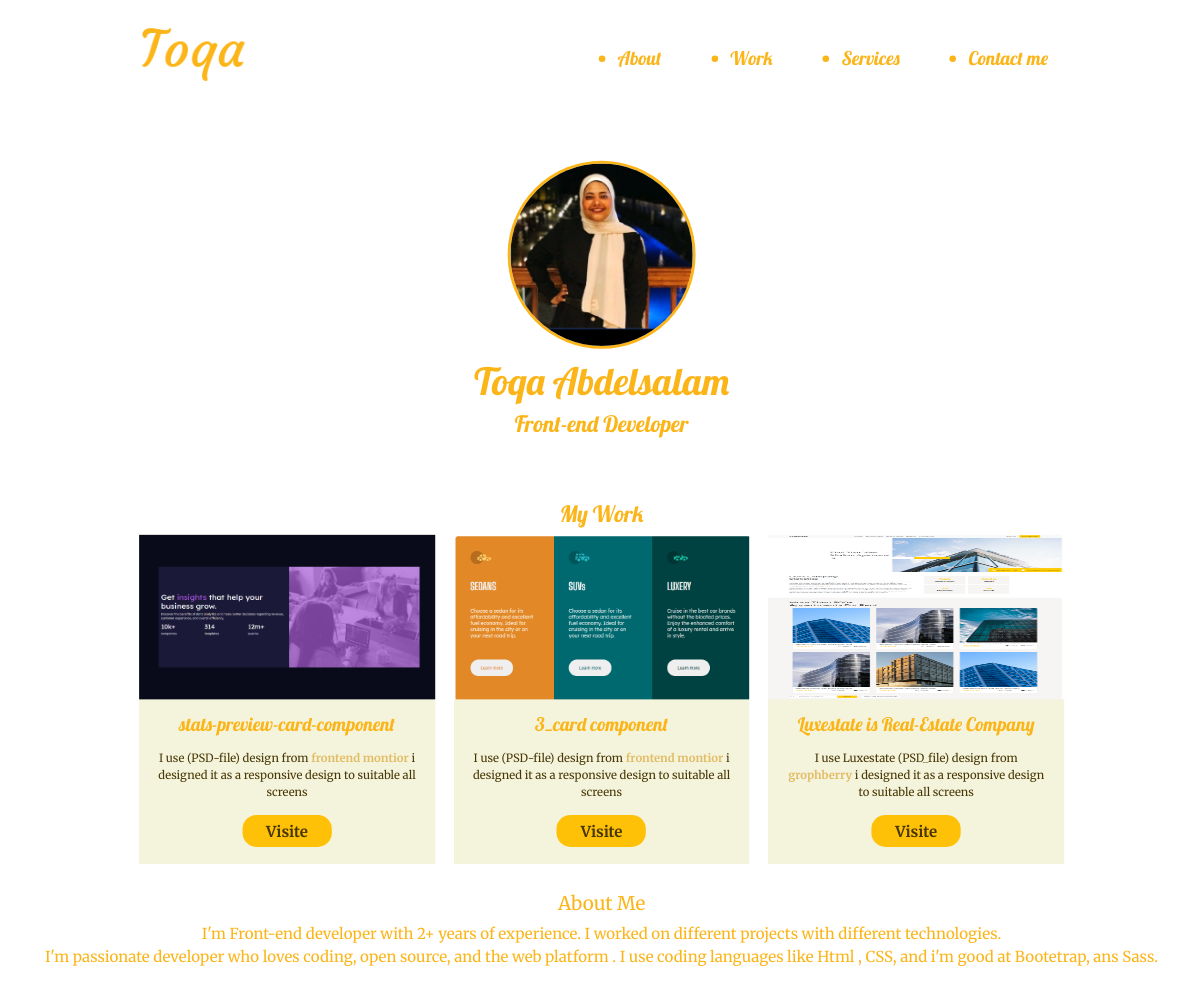
Repository: Toqa-25/portfolio
Page: index.html
These files come from the project's save history. The page is drawn as it stood at one moment and after the next save; the edit follows.
The browser window is 1280 px wide. The pictures show the whole page, at 94% of full size.
Pictures or frames that could not be fetched are drawn as grey boxes. Some web fonts or font styles are not loaded; a fallback is used.

Above is the page before, as saved 2021-11-01 00:33:48.

### index.html
<!DOCTYPE html>
<html lang="en">
<head>
    <meta charset="UTF-8">
    <meta http-equiv="X-UA-Compatible" content="IE=edge">
    <meta name="viewport" content="width=device-width, initial-scale=1.0">
    <title>Toqa Portfolio</title>
      <!-- bootstrap file -->
      <link rel="stylesheet" href="css/all.min.css">
      <link rel="stylesheet" href="css/bootstrap.css">
      <!-- css file -->
      <link rel="stylesheet" href="css/style.css">
      <!-- fonts -->
      <link rel="preconnect" href="https://fonts.googleapis.com">
<link rel="preconnect" href="https://fonts.gstatic.com" crossorigin>
<link href="https://fonts.googleapis.com/css2?family=Lobster&family=Otomanopee+One&display=swap" rel="stylesheet">
<link rel="preconnect" href="https://fonts.googleapis.com">
<link rel="preconnect" href="https://fonts.gstatic.com" crossorigin>
<link href="https://fonts.googleapis.com/css2?family=Merriweather:ital,wght@0,300;0,400;0,700;0,900;1,300;1,400;1,700;1,900&display=swap" rel="stylesheet">
<link rel="preconnect" href="https://fonts.googleapis.com">
<link rel="preconnect" href="https://fonts.gstatic.com" crossorigin>
<link href="https://fonts.googleapis.com/css2?family=Bebas+Neue&family=Oswald:wght@200;300;400;500;600;700&display=swap" rel="stylesheet">
<link rel="preconnect" href="https://fonts.googleapis.com">
<link rel="preconnect" href="https://fonts.gstatic.com" crossorigin>
<link href="https://fonts.googleapis.com/css2?family=Montserrat:wght@100;200;300;400;500;600;700;800;900&family=PT+Sans:ital,wght@0,400;0,700;1,700&family=Roboto:wght@100;300;400;500;700;900&display=swap" rel="stylesheet">
</head>
<body>
        <!-- header section -->
    <header class="pad">
       <div class="container">
         <div class="header-content">
           <div class="header-logo">
             <img src="images/logo.png" alt="logo">
           </div>
           <div class="bar">
             <svg xmlns="http://www.w3.org/2000/svg" width="35" height="35" fill="#fbb519" class="bi bi-list" viewBox="0 0 16 16">
               <path fill-rule="evenodd" d="M2.5 12a.5.5 0 0 1 .5-.5h10a.5.5 0 0 1 0 1H3a.5.5 0 0 1-.5-.5zm0-4a.5.5 0 0 1 .5-.5h10a.5.5 0 0 1 0 1H3a.5.5 0 0 1-.5-.5zm0-4a.5.5 0 0 1 .5-.5h10a.5.5 0 0 1 0 1H3a.5.5 0 0 1-.5-.5z"/>
             </svg>
              <ul class="hidden-list unlist list">
              <li>About</li>
              <li>Work</li>
              <li>Services</li>
              <li>Contact me</li>
              <li>Reviews</li>
            </ul>
           </div>
           <div class="header-nav">
             <ul class="list unlist">
                 <li>About</li>
                 <li>Work</li>
                 <li>Services</li>
                 <li>Contact me</li>
                 <!-- <li>Reviews</li> -->
             </ul>

           </div>
         </div>
         </div>
        </header><!-- end header section -->
        <!-- information  section -->
    <section  class="inform pad">
      <div class="main-inform " role="main">
        <div class="inform-info">
        <img src="images/toqa.jpg" alt=""><br>
        <h1>Toqa Abdelsalam</h1>
        <h4>Front-end Developer</h4>
      </div>
      </div>
    </section> <!-- end information  section -->

      <!-- my-work  section -->
      <section class="pad work">
        <div class="container">
          <h4 class="work-head">My Work</h4>
          <div class="work-content">
      <div class="work-card" role="menu">
        <div class="card-img">
          <img src="images/my-work/preview-card/desktop_stats-preview-card-component-main_.png" alt="">
        </div>
        <div class="card-info">
          <h5 class="card-title">stats-preview-card-component </h5>
          <p class="card-info-text"> I use  (PSD-file) design from <span> <a href="https://www.frontendmentor.io/">frontend montior</a></span>
        i designed it as a responsive design to suitable all screens
         </p>
      <button class="card-button"><a href="https://toqa-25.github.io/stats-preview-card-component-main/">Visite</a></button>
        </div>
 </div>
      <div class="work-card" role="menu">
        <div class="card-img">
          <img src="images/my-work/3-card-component/desktop_3-cards-component_.png" alt="">
        </div>
        <div class="card-info">
          <h5 class="card-title">3_card component </h5>
          <p class="card-info-text"> I use  (PSD-file) design from <span> <a href="https://www.frontendmentor.io/">frontend montior</a></span>
        i designed it as a responsive design to suitable all screens
         </p>
      <button class="card-button"><a href="https://toqa-25.github.io/stats-preview-card-component-main/">Visite</a></button>
        </div>
 </div>
      <div class="work-card" role="menu">
        <div class="card-img">
          <img src="images/my-work/luxestate/destop-luxestate - Copy.png" alt="">
        </div>
        <div class="card-info">
          <h5 class="card-title">Luxestate is Real-Estate Company  </h5>
          <p class="card-info-text">I use Luxestate (PSD_file) design from <span> <a href="https://www.graphberry.com/">grophberry</a></span>
    i designed it as a responsive design to suitable all screens
         </p>
      <button class="card-button"><a href="https://toqa-25.github.io/stats-preview-card-component-main/">Visite</a></button>
        </div>
 </div>
      <!--
      <div class="project card" role="menu">
          <img src="images/destop-luxestate - Copy (1).png" alt="">
          <p>Luxestate is Real-Estate Company
        I use Luxestate (PSD_file) design from <span> <a href="https://www.graphberry.com/">grophberry</a></span>
    i designed it as a responsive design to suitable all screens <br>
    <button><a href="https://toqa-25.github.io/luxstate-project-/">Visite</a></button>
   </p>
   </div>
      <div class="project card" role="menu">
          <img src="images/web_design.png" alt="">
          <p>Doop is an advertising-agency .
        I use Doop (PSD_file) design from <span> <a href="https://www.graphberry.com/">grophberry</a></span>
    i designed it as a responsive design to suitable all screens <br>
    <button><a href="https://toqa-25.github.io/simply-agency/">Visit </a></button>
   </p>
   </div>
      <div class="project card" role="menu">
        <img src="images/Vibo_App(desktop)_toqa-25.github.io2.png" alt="">
          <p>Vibo is an App-Development company
        I use Vibo PSD design from <span> <a href="https://www.graphberry.com/">grophberry</a></span>
    i designed it as a responsive design to suitable all screens <br>
    <button><a href="https://toqa-25.github.io/vibo-app/">Visite</a></button>
   </p>
   </div>
   <div class="project card" role="menu">
    <img src="images/toqa-25.github.io_landing-meeting-page_desktop.png" alt="">
    <p>Metting landing page
  I use  design from <span> <a href="https://www.frontendmentor.io/">grophberry</a></span>
i designed it as a responsive design to suitable all screens <br>
<button><a href="https://toqa-25.github.io/landing-meeting-page/">Visite</a></button>
</p>
</div> -->
   </div>
   </div>
      </section>

      <section class="section about">

          <h5>About Me</h5>
      <p> I'm Front-end developer with 2+ years of experience. I worked on different projects with different technologies. <br>
       I'm passionate developer who loves coding, open source, and the web platform .
       I use coding languages like Html , CSS, and i'm good at Bootetrap, ans Sass. </p>
      </section>

</body>
</html>

### css/style.css
/*
    public style
***********************
*/
:root{
    --main-color:#fbb519;
    --section-padding:30px;
}
* {
    box-sizing: border-box;
    margin: 0;
    padding: 0;
}
body{
    font-family: 'Merriweather', serif;
    color:var(--main-color);
}
.pad{
    padding: var(--section-padding) 0;
}
.container
{
  width: 80%;
  margin:auto;
  padding: 0 20px;
}
 /* .pad h5{
    text-align: center;
    font-family: 'Lobster';
    /* margin-bottom: 15px; */
 } */
 .unlist{
     list-style: none;
 }
 a{
     text-decoration: none;
 }
/*
    header style
***********************
*/
 header{
    font-family: 'Lobster', cursive;
 }
 .header-content{
    display: flex;
}
.header-logo{
    width:50%;
}
.bar{
    position: relative;
    display: none;
    margin: auto 20px;
     transition: .2s;
     cursor: pointer;
     width: 50%;
    /* text-align: right; */
    justify-content: flex-end;
}
 .header-nav{
   min-width: 50%;
    display: flex;
    justify-content: flex-end;
 }
 .header-nav .list{
     width: 100%;
     display: flex;
     justify-content: space-between;
     align-items: center;
     padding: 17px;
 }
  .list li{
     font-size: 20px;
     transition: .2s;
     -webkit-transition: .2s;
     -moz-transition: .2s;
     -ms-transition: .2s;
     -o-transition: .2s;
     cursor: pointer;
     margin-bottom: 2px;
    }
     .list li:hover{
        border-bottom: 2px solid var(--main-color);
    }
    .hidden-list{
         text-align: center;
         position: absolute;
         width: 120px;
         top: 3px;
         right: -70px;
         background-color: #f5f5dc91;
         padding: 10px;
         border-radius: 25px;
         -webkit-border-radius: 25px;
         -moz-border-radius: 25px;
         -ms-border-radius: 25px;
         -o-border-radius: 25px;
         transition: .2s;
         -webkit-transition: .2s;
         -moz-transition: .2s;
         -ms-transition: .2s;
         -o-transition: .2s;
         visibility: hidden;
         display: none;
}
/* media quary for header*/
 @media (max-width: 991px){
   .header-nav {
      display: none;
  }
  .bar{
      display: flex;
  }
  .bar:hover .hidden-list{
    visibility: visible;
    display: block;
  }
}
/*
    my-information&image style
  ********************************
 */
 .main-inform{
     color: var(--main-color);
    text-align: center;
    height: 300px;
    display: flex;
    align-items: center;
    justify-content: center;
    font-family: 'Lobster', cursive;
}
.main-inform img{
    width: 200px;
    height: 200px;
    border:3px solid;
    border-radius: 50%;
    -webkit-border-radius: 50%;
     -moz-border-radius: 50%;
     -ms-border-radius: 50%;
     -o-border-radius: 50%;
     margin-bottom: 10px;
    }
/*
    my-work style
********************************
*/
.work{
text-align: center;
}
 .work-content{
    display: grid;
    grid-template-columns:repeat(3,1fr);
    grid-template-rows: 350px;
    gap:20px;
 }
 .work .work-head{
    text-align: center;
    font-family: 'Lobster';
 }
 .work-card{
 background-color: #f5f5dce8;
 }
 .card-img{
     width:100%;
     height:50%;
     background-color: #f5f5dce8;
 }
 .card-img img{
     width:100%;
     height: 100%;
     transition: .2s;
     -webkit-transition: .2s;
     -moz-transition: .2s;
     -ms-transition: .2s;
     -o-transition: .2s;
}

 .card-img img:hover{
   transform: scale(1.1);
   -webkit-transform: scale(1.1);
   -moz-transform: scale(1.1);
   -ms-transform: scale(1.1);
   -o-transform: scale(1.1);
}
 .card-info{
     text-align: center;
     width: 100%;
     height: 50%;
    background-color: #f5f5dce8;
    padding: 15px;
 }
 .card-title{
         font-family: 'Lobster', cursive;
 }

.card-info-text{
    margin:15px 0;
    font-size: 12px;
    font-weight: 400;
    /* padding: 2px; */
    text-align: center;
    color:#483705;
}
.card-info-text a{
    text-decoration: none;
    color: #e2bc66;
    font-weight: bolder;
}
/* .card p{
  margin:15px 0 ;
} */

.card-button{
    width: 95px;
    text-align: center;
    background-color: #ffc107;
     color:#483705;
    border: none;
    border-radius: 15px;
    padding: 5px;
    /*margin-top: 7px; */
    transition: .2s;
    -webkit-transition: .2s;
    -moz-transition: .2s;
    -ms-transition: .2s;
    -o-transition: .2s;
    font-weight: bold;
}
.card-button:hover{
     transform: scale(1.1);
     -webkit-transform: scale(1.1);
      -moz-transform: scale(1.1);
      -ms-transform: scale(1.1);
       -o-transform: scale(1.1);
}
.card-button a{
    text-decoration: none;
    color: #483705;
}

.about{
    text-align: center;

}

/*
media quary style
***************************************
//extra small devices @media (maxwidth:575px)
//small devices @media (maxwidth:767px)
//medium devices @media (maxwidth:991px)
//large devices @media (maxwidth:1199px)
*/
/* .card {
    width: 100%;
    height: 100%;
    position: relative;
    display: flex;
    flex-direction: column;
    min-width: 0;
    word-wrap: break-word;
    background-color: black;
    background-clip: border-box;
    border: 4px solid var(--main-color);
    border-radius: 0.3rem;
}

.card img{
    max-width:100%;
    max-height: 150px;
    border-bottom: 3px solid;
} */

Loaded but not shown: css/all.min.css (library); css/bootstrap.css (library)

After the next save:
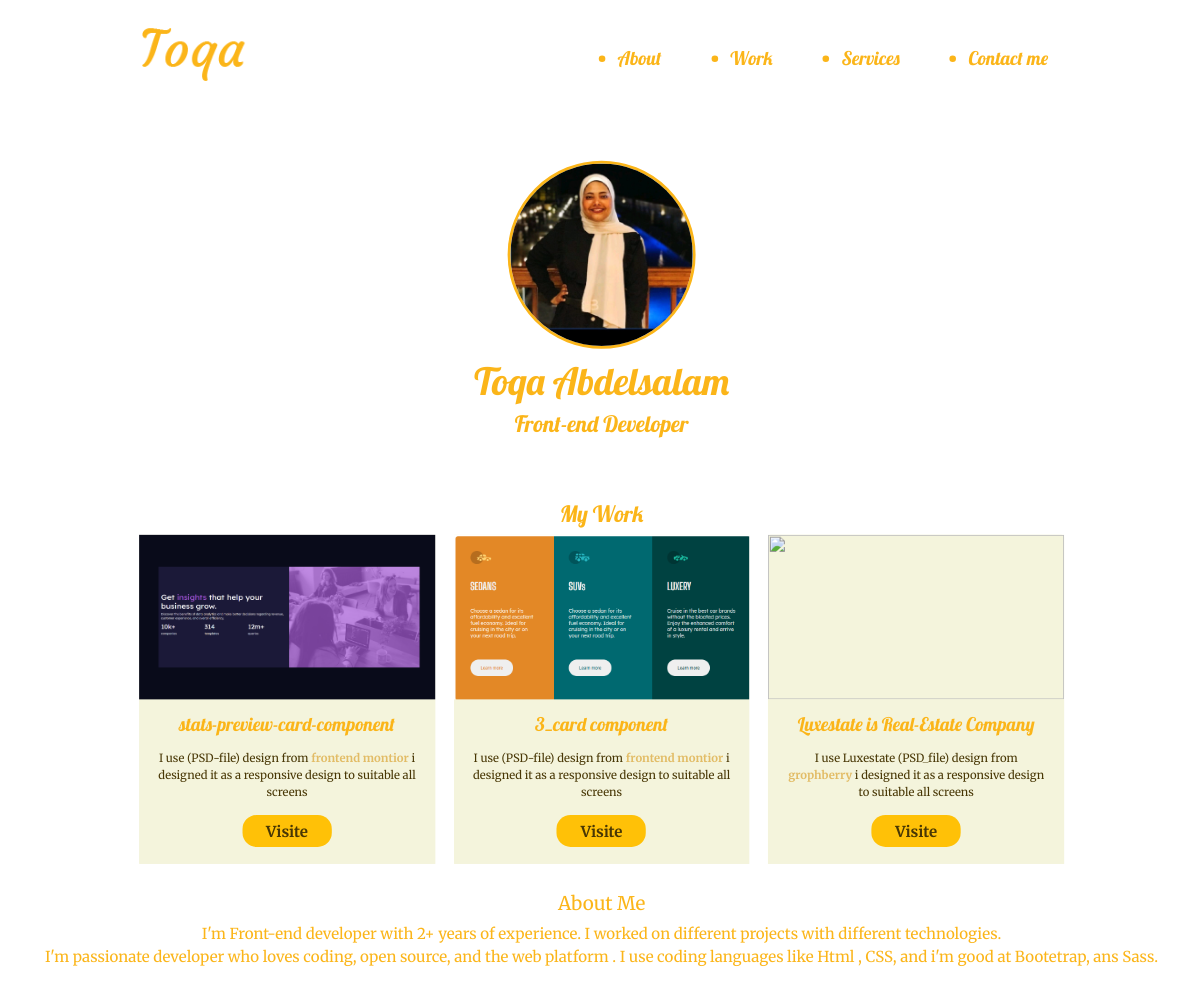
Not found: images/my-work/luxestate/destop-luxestate - Copy(1).png
Saved 4 min 40 s later.
--- a/index.html
+++ b/index.html
@@ -99,7 +99,7 @@
  </div>
       <div class="work-card" role="menu">
         <div class="card-img">
-          <img src="images/my-work/luxestate/destop-luxestate - Copy.png" alt="">
+          <img src="images/my-work/luxestate/destop-luxestate - Copy(1).png" alt="">
         </div>
         <div class="card-info">
           <h5 class="card-title">Luxestate is Real-Estate Company  </h5>

After the save that followed:
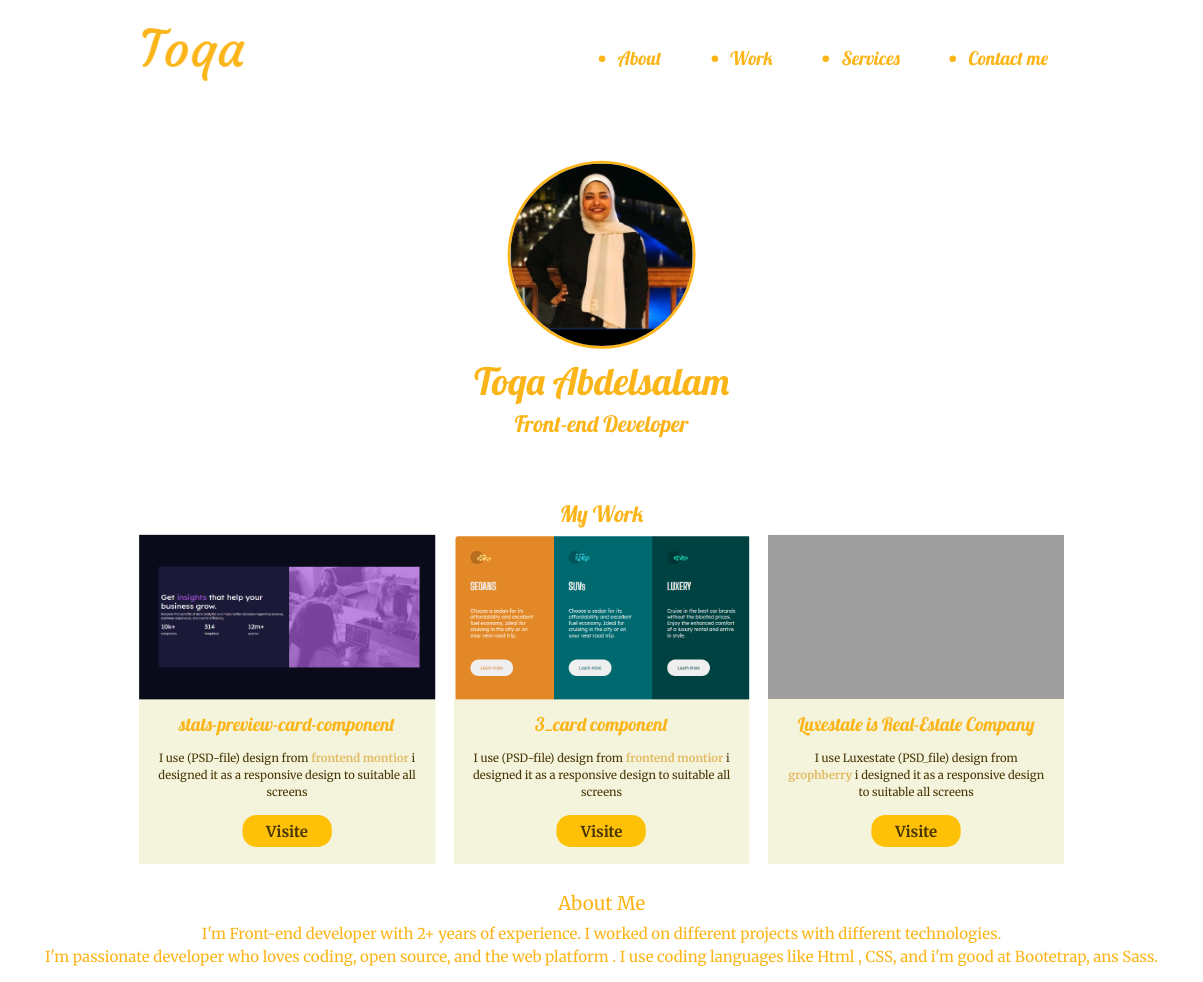
Saved 27 s later.
--- a/index.html
+++ b/index.html
@@ -99,7 +99,7 @@
  </div>
       <div class="work-card" role="menu">
         <div class="card-img">
-          <img src="images/my-work/luxestate/destop-luxestate - Copy(1).png" alt="">
+          <img src="images/my-work/luxestate/d" alt="">
         </div>
         <div class="card-info">
           <h5 class="card-title">Luxestate is Real-Estate Company  </h5>
